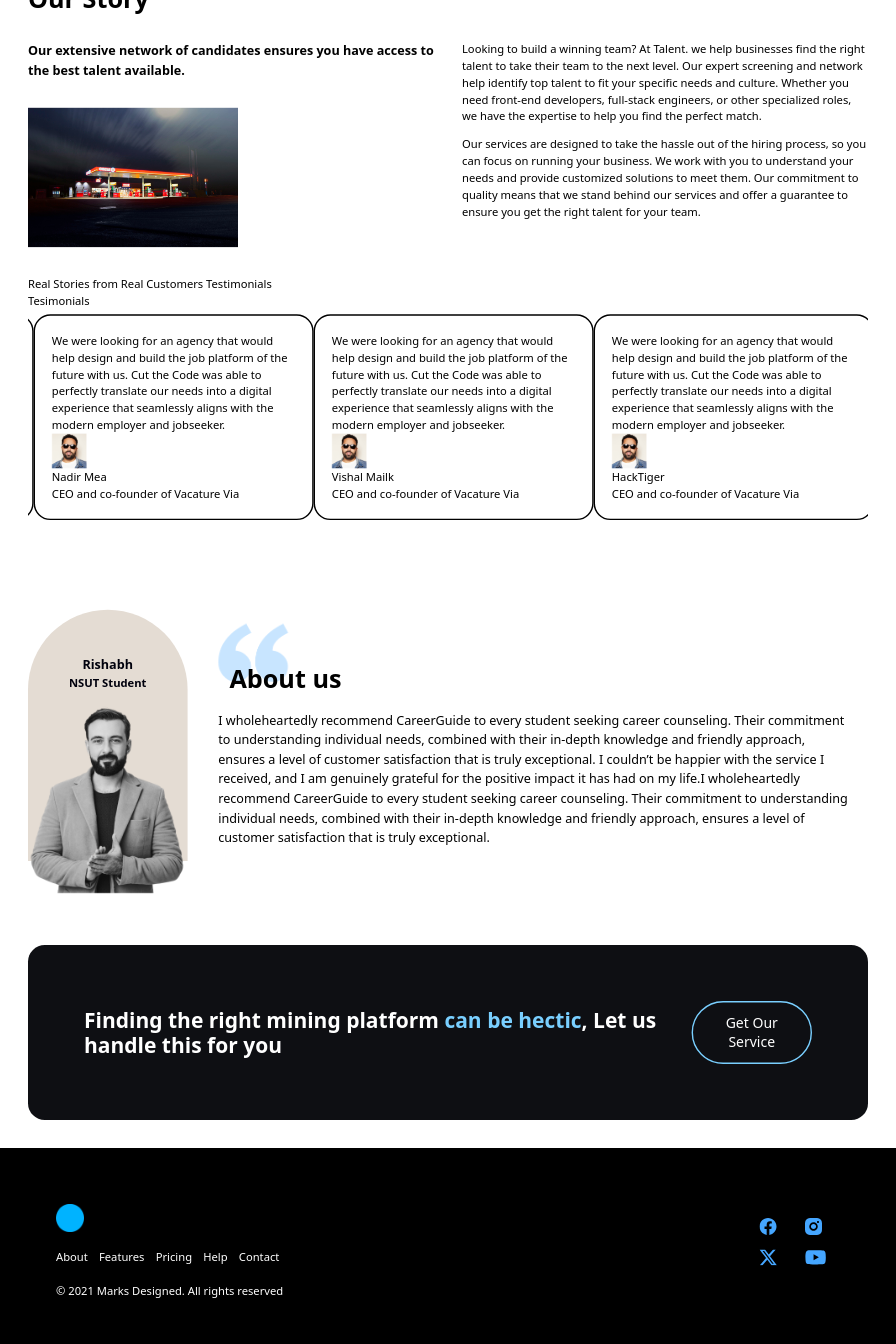
Repository: ayushtenguria/uniteksol
Page: /
These files come from the project's save history. The page is drawn as it stood at one moment and after the next save; the edit follows.
The browser window is 1280 px wide. The pictures show the part of the page from y = 1030 to 2950 px (the page is 2950 px tall before and 2934 px after), at 70% of full size.
The project was rebuilt for these pictures with package versions that can differ from the ones it lists, and the page was loaded fresh each time. The framework's server and built-in components were replaced by stand-ins that run in the browser. Also part of the build but not shown: next.config.mjs.

Above is the page before, as saved 2024-02-23 20:58:52.

### pages/index.js
import Image from "next/image";
import { Inter } from "next/font/google";
import Layout from "@/components/Layout";
import Hero from "@/components/Hero";
import CompanyLogos from "@/components/companyLogos";
import Story from "@/components/Story";
import ServiceBanner from "@/components/serviceBanner";
import About from "@/components/About";
import Testimonials from "@/components/Testimonials";

const inter = Inter({ subsets: ["latin"] });

export default function Home() {
  return (
    <Layout>
      <Hero></Hero>
      <CompanyLogos></CompanyLogos>
      <Story></Story>
      <Testimonials></Testimonials>
      <About></About>
      <ServiceBanner></ServiceBanner>
    </Layout>
  );
}

### styles/globals.css
@tailwind base;
@tailwind components;
@tailwind utilities;

/* 79CFFF */

.btn-blue{
  background-color: #79CFFF;
  border-radius: 50px;
  padding: 5px 10px;
  font-weight: 500;
  margin-left: 4px;
}

.btn-black{
  background-color: #333333;
  color: #79CFFF;
  border-radius: 50px;
  padding: 15px 40px;
  font-weight: 500;
}

.btn-blueht{
  background-color: #0E0F13;
  color: #ffffff;
  border-radius: 50px;
  border: 2px solid #79CFFF;
  padding: 15px 40px;
  font-weight: 500;
}

### components/Layout.js
import Footer from "./Footer";
import Nav from "./Nav";

export default function Layout({children}){
    return(
        <div className="">
            <Nav></Nav>
                {children}
            <Footer></Footer>
        </div>
    )
}

### components/Hero.js
import Image from "next/image";
import Card from "./Card";

export default function Hero() {
  return (
    <div className="flex gap-4 m-10 grid-cols-2 justify-between text-fontBlack">
      <div className="w-1/2">
        <div className="my-10">
          <h1 className="text-4xl font-bold mb-6">
            We build your dream house with our passion
          </h1>
          <p className="text-lg font-semibold mb-6">
            Our core goal is to respond to today's{" "}
            <span className="underline">dynamic marked</span> by equipping our
            customers with the digital tools they need to remain competitive,
            build their business, and empower the consumer experience.
          </p>
          <button className="btn-black text-lg">Learn More</button>
        </div>
        <div>
          <div className="flex gap-4">
            <Card bgColor={"landingGray"}>
              <span className="text-lg font-bold pb-2">362</span>
              <br></br>Lorem ipsum dolor amet, consectetur adipiscing elit.
              Faucibus in libero.Lorem ipsum dolor amet,
            </Card>
            <Card bgColor={"landingBlue"}>
              <span className="text-lg font-bold pb-2">178K+</span>
              <br></br>
              Lorem ipsum dolor amet, consectetur adipiscing elit. Faucibus in
              libero.Lorem ipsum dolor amet,
            </Card>
          </div>
          <div>
            <Card bgColor={"landingGray"}>
              <div className="flex">
                <span className="text-lg font-bold pb-2">Title</span>
                <br></br>Lorem ipsum dolor amet, consectetur adipiscing elit.
                Faucibus in libero.Lorem ipsum dolor amet,
                <Image src="/home.png" width={200} height={200}></Image>
              </div>
            </Card>
          </div>
        </div>
      </div>
      <div className="w-1/2">
        <Image
          src="/pump2.jpg"
          width={800}
          height={800}
          alt="Petrol pump image"
        ></Image>
      </div>
    </div>
  );
}

### components/Story.js
import Image from "next/image";

export default function Story() {
  return (
    <div className="m-10 mt-20">
        <div><h2 className="text-4xl font-bold pb-10">Our Story</h2></div>
      <div className="flex gap-10">
        <div className="w-1/2">
          <h4 className="text-lg font-semibold pb-10">
            Our extensive network of candidates ensures you have access to the
            best talent available.
          </h4>
          <Image src="/pump3.jpg" width={300} height={300}></Image>
        </div>
        <div className="w-1/2">
          <p className="mb-4">
            Looking to build a winning team? At Talent. we help businesses find
            the right talent to take their team to the next level. Our expert
            screening and network help identify top talent to fit your specific
            needs and culture. Whether you need front-end developers, full-stack
            engineers, or other specialized roles, we have the expertise to help
            you find the perfect match.
          </p>
          <p>
            Our services are designed to take the hassle out of the hiring
            process, so you can focus on running your business. We work with you
            to understand your needs and provide customized solutions to meet
            them. Our commitment to quality means that we stand behind our
            services and offer a guarantee to ensure you get the right talent
            for your team.
          </p>
        </div>
      </div>
    </div>
  );
}

### components/serviceBanner.js
export default function ServiceBanner(){
    return(
        <div className="bg-landingBlack m-10 text-white p-20 rounded-3xl flex justify-between items-center font-semibold">
            <div className="text-3xl mr-10">
                Finding the right mining platform <span className="text-landingBlue">can be hectic</span>, Let us handle this for you
            </div>
            <div>
                <button className="btn-blueht text-xl">Get Our Service</button>
            </div>
        </div>
    )
}

### components/About.js
import Image from "next/image";

export default function About(){
    return(
        <div className="flex m-10 py-20 gap-6">
            <div className="bg-[#E4DCD3] rounded-t-full">
                <div className="flex justify-center relative top-16">
                    <p className="text-[#00010D] font-semibold"><span className="font-semibold flex justify-center text-lg">Rishabh</span> NSUT Student</p>
                </div>

                <Image src="/Person.png" width={1400} height={1400} className="relative top-20"></Image>
            </div>
            <div className="m-5">
                <Image src='/quote.png' width={100} height={100} className="relative z-0"></Image>
                <h2 className="text-4xl font-bold relative z-30 bottom-6 ml-4">
                    About us
                </h2>
                <p className="text-lg font-medium">
                I wholeheartedly recommend CareerGuide to every student seeking career counseling. Their commitment to understanding individual needs, combined with their in-depth knowledge and friendly approach, ensures a level of customer satisfaction that is truly exceptional. I couldn’t be happier with the service I received, and I am genuinely grateful for the positive impact it has had on my life.I wholeheartedly recommend CareerGuide to every student seeking career counseling. Their commitment to understanding individual needs, combined with their in-depth knowledge and friendly approach, ensures a level of customer satisfaction that is truly exceptional.
                </p>
            </div>
        </div>
    )
}

### components/Testimonials.js
import { TESTIMONIALS } from "@/constants/constants";
import Image from "next/image";
import Card from "./Card";
import SimpleSlider from "./SimpleSlider";
import Slider from "./SimpleSlider";

export default function Testimonials(){
    return(
        <div className="m-10">
            <h1 className="w-1/3">
            Real Stories from Real Customers
Testimonials
            </h1>
            <p>Tesimonials</p>
            <SimpleSlider dots={false} noOfSlides={3}  >
                {TESTIMONIALS.map((t)=>(
                <div className="rounded-3xl p-4 m-2 border-2 border-black gap-2">
                    <div className="p-2">
                    <div>
                        {t.description}
                    </div>
                    <div>
                        <Image src={t.src} width={50} height={50}></Image>
                        <div>
                            <h3>{t.name}</h3>
                            <p>{t.designation}</p>
                        </div>
                    </div>
                    </div>
                </div>
            ))}
            </SimpleSlider>

        </div>
    )
}

### components/Footer.js
import { FOOTER_LINKS } from "@/constants/constants";
import Image from "next/image";
import Link from "next/link";
import Socials from "./Socials";

export default function Footer() {
  return (
    <div className="w-screen h-full bg-black text-white flex justify-between p-20 pb-16">
      <div>
        <Image
          src="/blue-dot.png"
          width={40}
          height={40}
          alt="logo of company"
        ></Image>
        <div className="flex gap-4 my-6">
          {FOOTER_LINKS.map((item) => (
            <Link href={item.href}>{item.label}</Link>
          ))}
        </div>
      <div>© 2021 Marks Designed. All rights reserved</div>
      </div>
      <div>
        <Socials></Socials>
      </div>
    </div>
  );
}

### components/Nav.js
import { NAV_LINKS } from "@/constants/constants";
import Image from "next/image";
import Link from "next/link";

export default function Nav() {
  return (
    <div className="flex justify-between m-10">
      <div>
        <Image
          src="/blue-dot.png"
          width={40}
          height={40}
          alt="logo of company"
        ></Image>
      </div>
      <div className="hidden h-full lg:flex">
        {NAV_LINKS.map((item) => (
          <Link href={item.href} key={item.key} className="p-4">
            {item.label}
          </Link>
        ))}
        <button className="btn-blue">Book an Appointment!</button>
      </div>

      <div className="inline-block cursor-pointer lg:hidden">
        <svg
          xmlns="http://www.w3.org/2000/svg"
          fill="none"
          viewBox="0 0 24 24"
          stroke-width="1.5"
          stroke="currentColor"
          class="w-8 h-8"
        >
          <path
            stroke-linecap="round"
            stroke-linejoin="round"
            d="M3.75 6.75h16.5M3.75 12h16.5m-16.5 5.25h16.5"
          />
        </svg>
      </div>
    </div>
  );
}

### components/Card.js
export default function Card({title,bgColor,children,textColor}){
    const bgColorClass = bgColor ? `bg-${bgColor}` : "bg-black";
    const textColorClass = textColor ? `text-${textColor}` : "text-black";
    return(
        // <div className={bgColorClass+" rounded-lg border-2 border-black p-4 my-2" + textColorClass}>
        <div className={`bg-landingGray rounded-3xl p-4 m-2`}>
            {children}
        </div>
    )
}

### constants/constants.js
export const NAV_LINKS = [
    { href: '/solution', key: 'solution', label: 'Our Solution' },
    { href: '/nocode', key: 'no_code', label: 'No-Code' },
    { href: '/projects', key: 'projects', label: 'Projects' },
    { href: '/about', key: 'about', label: 'About us' },
    { href: '/contact', key: 'contact', label: 'Contact' }
];

export const FOOTER_LINKS = [
    { href: '/about', key: 'about', label: 'About' },
    { href: '/features', key: 'features', label: 'Features' },
    { href: '/pricing', key: 'pricing', label: 'Pricing' },
    { href: '/help', key: 'help', label: 'Help' },
    { href: '/contact', key: 'contact', label: 'Contact' }
];

export const TESTIMONIALS = [
    { src:'/testi1.png',name: 'Nadir Mea', designation:'CEO and co-founder of Vacature Via', key: 'about', description: 'We were looking for an agency that would help design and build the job platform of the future with us. Cut the Code was able to perfectly translate our needs into a digital experience that seamlessly aligns with the modern employer and jobseeker.' },
    { src:'/testi1.png',name: 'Vishal Mailk', designation:'CEO and co-founder of Vacature Via', key: 'about', description: 'We were looking for an agency that would help design and build the job platform of the future with us. Cut the Code was able to perfectly translate our needs into a digital experience that seamlessly aligns with the modern employer and jobseeker.' },
    { src:'/testi1.png',name: 'HackTiger', designation:'CEO and co-founder of Vacature Via', key: 'about', description: 'We were looking for an agency that would help design and build the job platform of the future with us. Cut the Code was able to perfectly translate our needs into a digital experience that seamlessly aligns with the modern employer and jobseeker.' },
    { src:'/testi1.png',name: 'Rishabh', designation:'CEO and co-founder of Vacature Via', key: 'about', description: 'We were looking for an agency that would help design and build the job platform of the future with us. Cut the Code was able to perfectly translate our needs into a digital experience that seamlessly aligns with the modern employer and jobseeker.' },
    { src:'/testi1.png',name: 'Nadir Mea', designation:'CEO and co-founder of Vacature Via', key: 'about', description: 'We were looking for an agency that would help design and build the job platform of the future with us. Cut the Code was able to perfectly translate our needs into a digital experience that seamlessly aligns with the modern employer and jobseeker.' },
    { src:'/testi1.png',name: 'Nadir Mea', designation:'CEO and co-founder of Vacature Via', key: 'about', description: 'We were looking for an agency that would help design and build the job platform of the future with us. Cut the Code was able to perfectly translate our needs into a digital experience that seamlessly aligns with the modern employer and jobseeker.' },
    { src:'/testi1.png',name: 'Nadir Mea', designation:'CEO and co-founder of Vacature Via', key: 'about', description: 'We were looking for an agency that would help design and build the job platform of the future with us. Cut the Code was able to perfectly translate our needs into a digital experience that seamlessly aligns with the modern employer and jobseeker.' },
]

### components/SimpleSlider.js
import "slick-carousel/slick/slick.css";
import "slick-carousel/slick/slick-theme.css";

import React from "react";
import Slider from "react-slick";

export default function SimpleSlider({children,dots,noOfSlides}) {
    var settings = {
      dots: dots,
      infinite: true,
      speed: 500,
      slidesToShow: noOfSlides,
      slidesToScroll: 1,
      initialSlide: 0,
      arrows:false,
      // autoplay: true,
      // speed: 3000,
      // autoplaySpeed: 3000,
      draggable:true,
      swipe:true,
      responsive: [
        {
          breakpoint: 1024,
          settings: {
            slidesToShow: 2,
            slidesToScroll: 1,
            infinite: true,
            dots: true
          }
        },
        {
          breakpoint: 600,
          settings: {
            slidesToShow: 1,
            slidesToScroll: 1,
            initialSlide: 1
          }
        },
        {
          breakpoint: 480,
          settings: {
            slidesToShow: 1,
            slidesToScroll: 1
          }
        }
      ]
    };
    return (
      <div className="slider-container">
        <Slider {...settings}>
        {children}
        </Slider>
      </div>
    );
  }

### components/Socials.js
export default function Socials() {
  return (
    <div>
      <div className="flex gap-10 m-5">
        <svg
          width="25"
          height="25"
          viewBox="0 0 25 25"
          fill="none"
          xmlns="http://www.w3.org/2000/svg"
        >
          <path
            d="M12.1528 0C5.4408 0 0 5.4408 0 12.1528C0 18.2182 4.44427 23.2458 10.2545 24.1585V15.6649H7.16771V12.1528H10.2545V9.47552C10.2545 6.43004 12.0677 4.74809 14.8446 4.74809C16.1741 4.74809 17.5644 4.98507 17.5644 4.98507V7.97465H16.0332C14.5226 7.97465 14.0523 8.91163 14.0523 9.87292V12.1528H17.4222L16.8839 15.6649H14.0523V24.1585C19.8613 23.2471 24.3056 18.217 24.3056 12.1528C24.3056 5.4408 18.8648 0 12.1528 0Z"
            fill="#45A6FF"
          />
        </svg>
        <svg
          width="25"
          height="25"
          viewBox="0 0 25 25"
          fill="none"
          xmlns="http://www.w3.org/2000/svg"
        >
          <path
            d="M12.1528 0C15.4547 0 15.8667 0.0121527 17.1622 0.0729166C18.4564 0.133681 19.3375 0.336632 20.1128 0.638021C20.9149 0.946702 21.5906 1.36476 22.2663 2.03924C22.8843 2.64675 23.3624 3.38162 23.6675 4.19271C23.9677 4.96684 24.1719 5.84913 24.2326 7.1434C24.2898 8.43889 24.3056 8.85087 24.3056 12.1528C24.3056 15.4547 24.2934 15.8667 24.2326 17.1622C24.1719 18.4564 23.9677 19.3375 23.6675 20.1128C23.3633 20.9244 22.885 21.6594 22.2663 22.2663C21.6586 22.8841 20.9238 23.3622 20.1128 23.6675C19.3387 23.9677 18.4564 24.1719 17.1622 24.2326C15.8667 24.2898 15.4547 24.3056 12.1528 24.3056C8.85087 24.3056 8.43889 24.2934 7.1434 24.2326C5.84913 24.1719 4.96806 23.9677 4.19271 23.6675C3.3813 23.3631 2.6463 22.8848 2.03924 22.2663C1.42115 21.6589 0.942972 20.924 0.638021 20.1128C0.336632 19.3387 0.133681 18.4564 0.0729166 17.1622C0.0157985 15.8667 0 15.4547 0 12.1528C0 8.85087 0.0121527 8.43889 0.0729166 7.1434C0.133681 5.84792 0.336632 4.96806 0.638021 4.19271C0.942127 3.38112 1.42042 2.64605 2.03924 2.03924C2.64648 1.42094 3.38142 0.942727 4.19271 0.638021C4.96806 0.336632 5.84792 0.133681 7.1434 0.0729166C8.43889 0.0157985 8.85087 0 12.1528 0ZM12.1528 6.07639C10.5412 6.07639 8.99567 6.71658 7.85612 7.85612C6.71658 8.99567 6.07639 10.5412 6.07639 12.1528C6.07639 13.7643 6.71658 15.3099 7.85612 16.4494C8.99567 17.589 10.5412 18.2292 12.1528 18.2292C13.7643 18.2292 15.3099 17.589 16.4494 16.4494C17.589 15.3099 18.2292 13.7643 18.2292 12.1528C18.2292 10.5412 17.589 8.99567 16.4494 7.85612C15.3099 6.71658 13.7643 6.07639 12.1528 6.07639ZM20.0521 5.77257C20.0521 5.36968 19.892 4.98329 19.6072 4.69841C19.3223 4.41352 18.9359 4.25347 18.533 4.25347C18.1301 4.25347 17.7437 4.41352 17.4588 4.69841C17.1739 4.98329 17.0139 5.36968 17.0139 5.77257C17.0139 6.17546 17.1739 6.56185 17.4588 6.84673C17.7437 7.13162 18.1301 7.29167 18.533 7.29167C18.9359 7.29167 19.3223 7.13162 19.6072 6.84673C19.892 6.56185 20.0521 6.17546 20.0521 5.77257ZM12.1528 8.50695C13.1197 8.50695 14.047 8.89106 14.7308 9.57479C15.4145 10.2585 15.7986 11.1858 15.7986 12.1528C15.7986 13.1197 15.4145 14.047 14.7308 14.7308C14.047 15.4145 13.1197 15.7986 12.1528 15.7986C11.1858 15.7986 10.2585 15.4145 9.57479 14.7308C8.89106 14.047 8.50695 13.1197 8.50695 12.1528C8.50695 11.1858 8.89106 10.2585 9.57479 9.57479C10.2585 8.89106 11.1858 8.50695 12.1528 8.50695Z"
            fill="#45A6FF"
          />
        </svg>
      </div>
      <div className="flex gap-10 m-5">
        <svg
          width="25"
          height="23"
          viewBox="0 0 25 23"
          fill="none"
          xmlns="http://www.w3.org/2000/svg"
        >
          <path
            d="M19.5234 0H23.3259L15.0207 9.5169L24.7917 22.4674H17.1419L11.1501 14.6116L4.29361 22.4674H0.489635L9.3728 12.2874L0 0H7.84501L13.2604 7.17874L19.5234 0ZM18.1909 20.1866H20.2982L6.6984 2.16152H4.43926L18.1909 20.1866Z"
            fill="#45A6FF"
          />
        </svg>
        <svg
          width="30"
          height="22"
          viewBox="0 0 30 22"
          fill="none"
          xmlns="http://www.w3.org/2000/svg"
        >
          <path
            d="M12.2356 15.5277L19.8044 11.1527L12.2356 6.77767V15.5277ZM29.094 4.10892C29.2836 4.79434 29.4148 5.71309 29.5023 6.87975C29.6044 8.04642 29.6481 9.05267 29.6481 9.92767L29.7356 11.1527C29.7356 14.3464 29.5023 16.6943 29.094 18.1964C28.7294 19.5089 27.8836 20.3548 26.5711 20.7193C25.8856 20.9089 24.6315 21.0402 22.7065 21.1277C20.8106 21.2298 19.0752 21.2735 17.4711 21.2735L15.1523 21.361C9.04189 21.361 5.23564 21.1277 3.73355 20.7193C2.42105 20.3548 1.57522 19.5089 1.21064 18.1964C1.02105 17.511 0.889803 16.5923 0.802303 15.4256C0.70022 14.2589 0.65647 13.2527 0.65647 12.3777L0.56897 11.1527C0.56897 7.95892 0.802303 5.611 1.21064 4.10892C1.57522 2.79642 2.42105 1.95059 3.73355 1.586C4.41897 1.39642 5.67314 1.26517 7.59814 1.17767C9.49397 1.07559 11.2294 1.03184 12.8336 1.03184L15.1523 0.944336C21.2627 0.944336 25.069 1.17767 26.5711 1.586C27.8836 1.95059 28.7294 2.79642 29.094 4.10892Z"
            fill="#45A6FF"
          />
        </svg>
      </div>
    </div>
  );
}

Loaded but not shown: pages/_app.js (common file); pages/_document.js (common file); components/companyLogos.js (library); tailwind.config.js (common file)

After the next save:
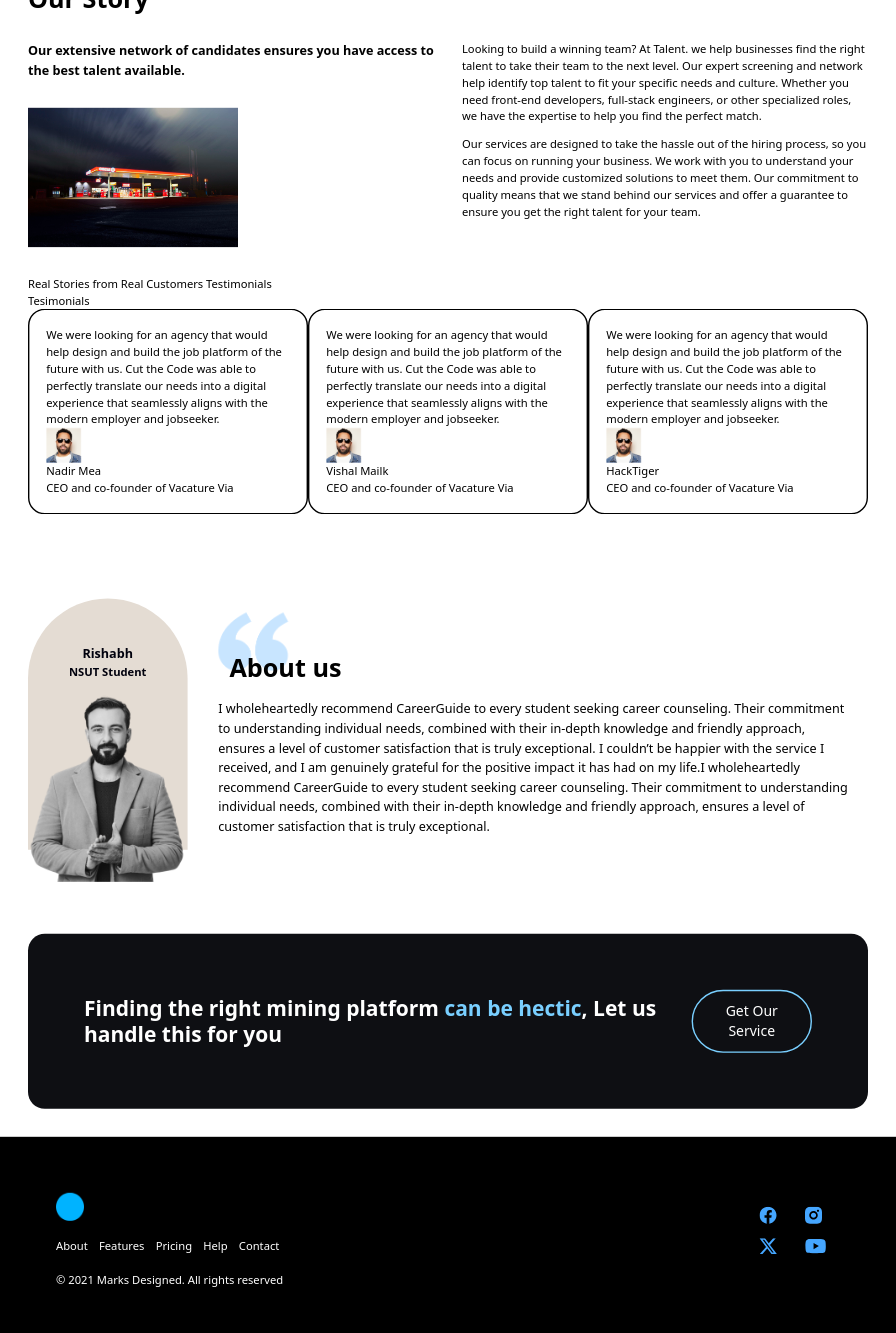
Saved 116 s later.
--- a/components/Testimonials.js
+++ b/components/Testimonials.js
@@ -14,7 +14,7 @@
             <p>Tesimonials</p>
             <SimpleSlider dots={false} noOfSlides={3}  >
                 {TESTIMONIALS.map((t)=>(
-                <div className="rounded-3xl p-4 m-2 border-2 border-black gap-2">
+                <div className="rounded-3xl p-4 border-2 border-black gap-2">
                     <div className="p-2">
                     <div>
                         {t.description}
